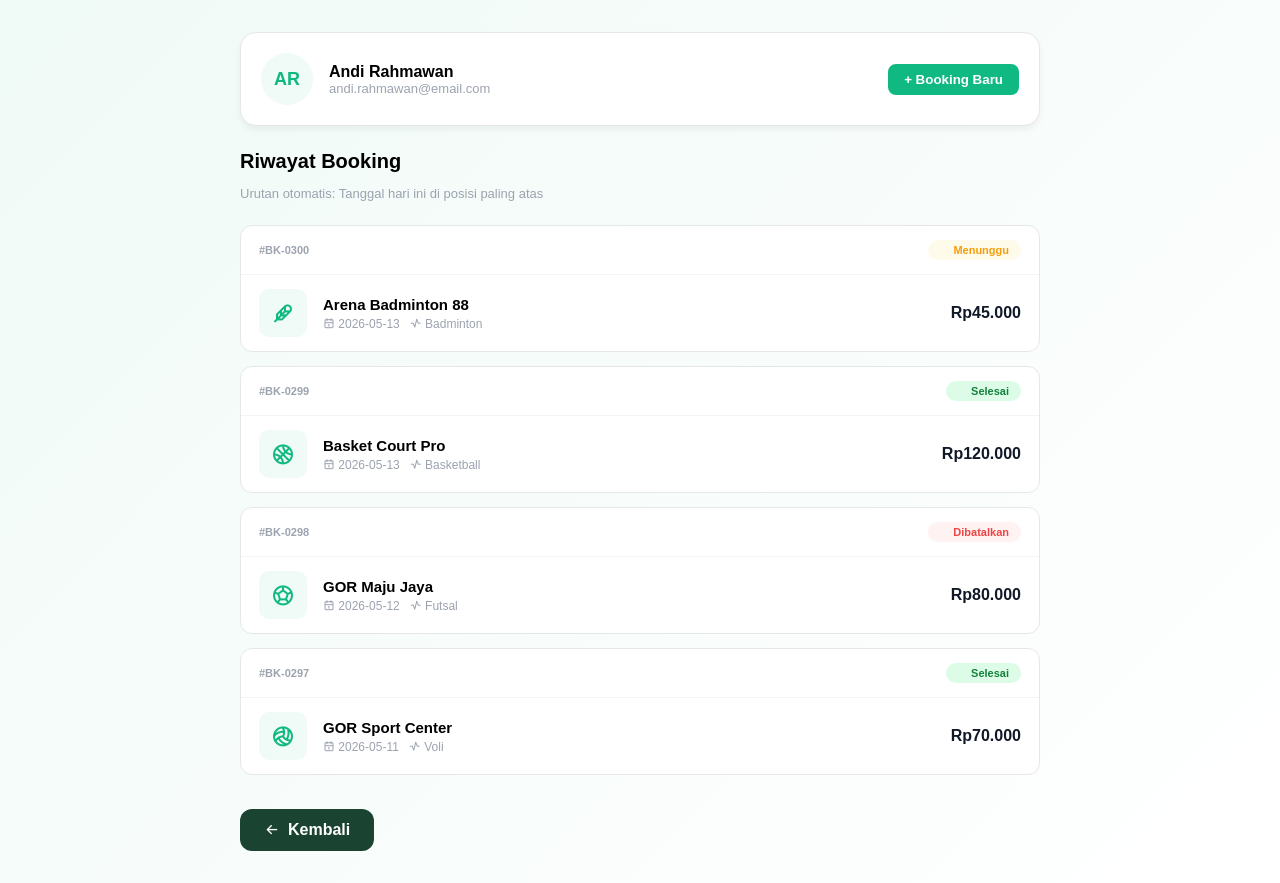
Repository: vira633/SportSpace
Page: riwayat.html
An editor plug-in stored every save of this project. The page is shown before and after the next save, followed by the edit.
The browser window is 1280 px wide. The pictures show the whole page.
Some web libraries are served in a nearby version.

Above is the page before, as saved 2026-05-15 13:28:16.

After the next save:
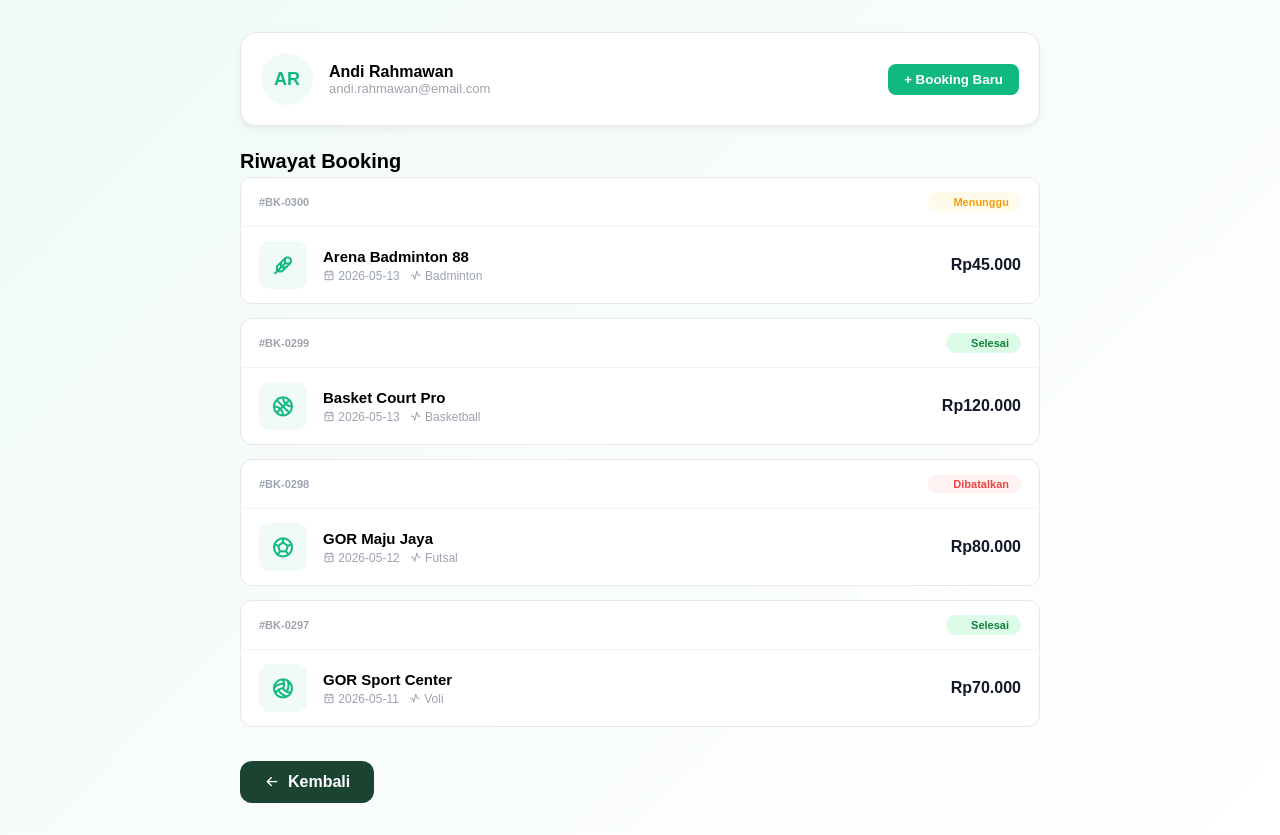
Saved 55 s later.
--- a/riwayat.html
+++ b/riwayat.html
@@ -42,7 +42,6 @@
   </div>
 
   <h1 style="font-size:20px; margin-bottom:4px; text-align: left;">Riwayat Booking</h1>
-  <p style="font-size:13px; color:var(--gray-400); text-align: left; margin-bottom:24px;">Urutan otomatis: Tanggal hari ini di posisi paling atas</p>
 
   <div id="booking-list"></div>
 
